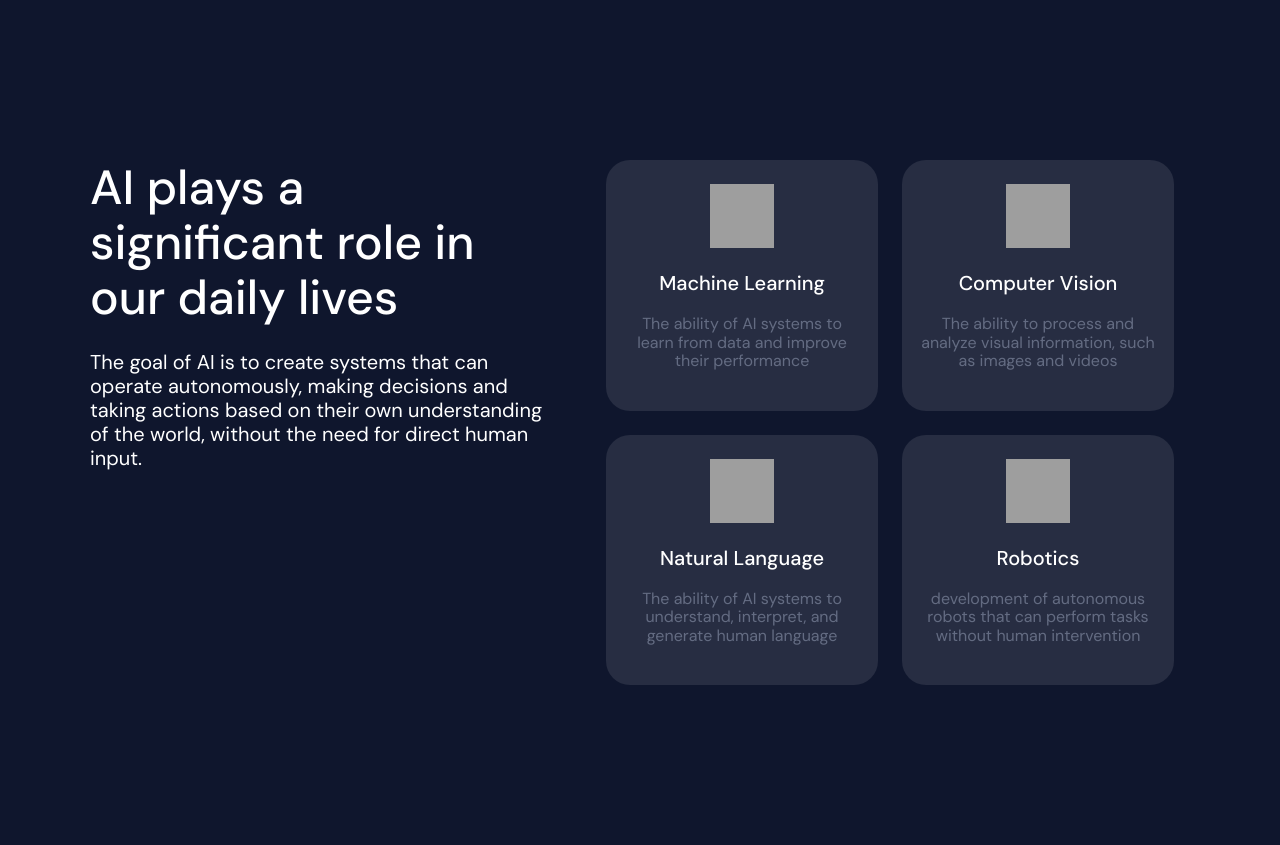
Repository: guli95/four-areas-of-AI-INVO-ACAdemy
Page: /
An editor plug-in stored every save of this project. The page is shown before and after the next save, followed by the edit.
The browser window is 1280 px wide. The pictures show the whole page.
Pictures or frames that could not be fetched are drawn as grey boxes. The project was rebuilt for these pictures with package versions that can differ from the ones it lists, and the page was loaded fresh each time.

Above is the page before, as saved 2023-03-13 14:43:11.

After the next save:
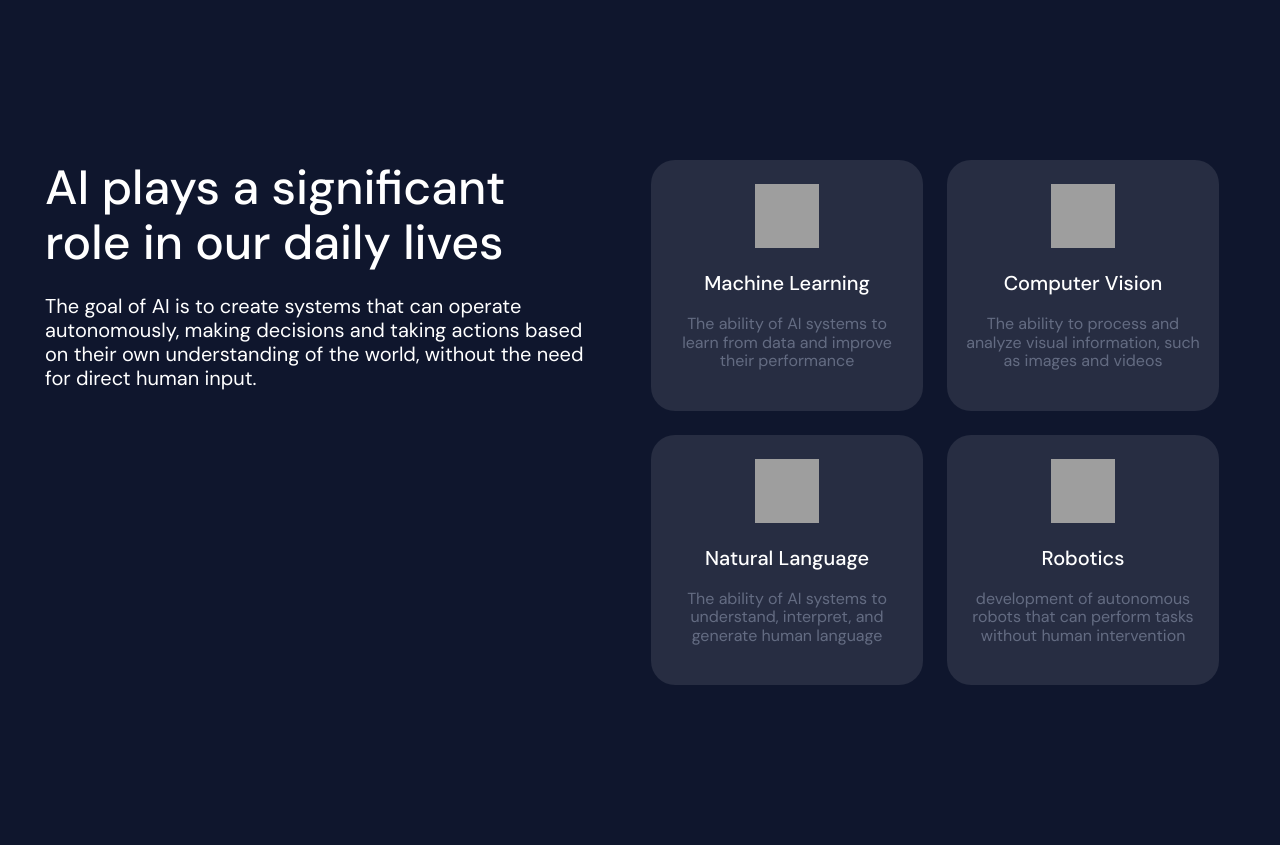
Saved 5 s later.
--- a/src/pages/home-page/styles/home-page.scss
+++ b/src/pages/home-page/styles/home-page.scss
@@ -10,7 +10,7 @@
  .flexbox-container{
     display: flex;
     justify-content: center;
-    padding: 160px 90px;
+    padding: 160px 0px;
     gap: 40px;
     margin: 0 auto;
     @media screen and (max-width:1024px) {
